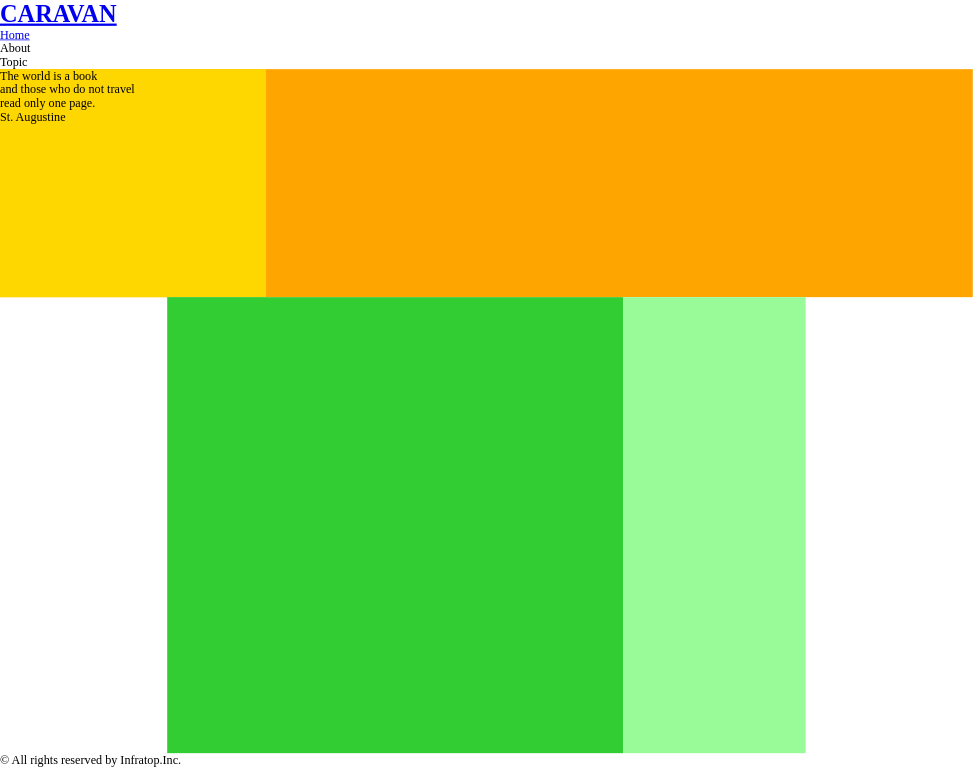
Repository: Hirotaka-DWC/dmm_webcamp_task_1
Page: caravan/index.html
The author's editor kept a record of every edit. The page is drawn from the files as they stood at one moment, then again after the next edit.
The browser window is 1280 px wide. The pictures show the whole page, at 76% of full size.

Above is the page before.

After the next edit:
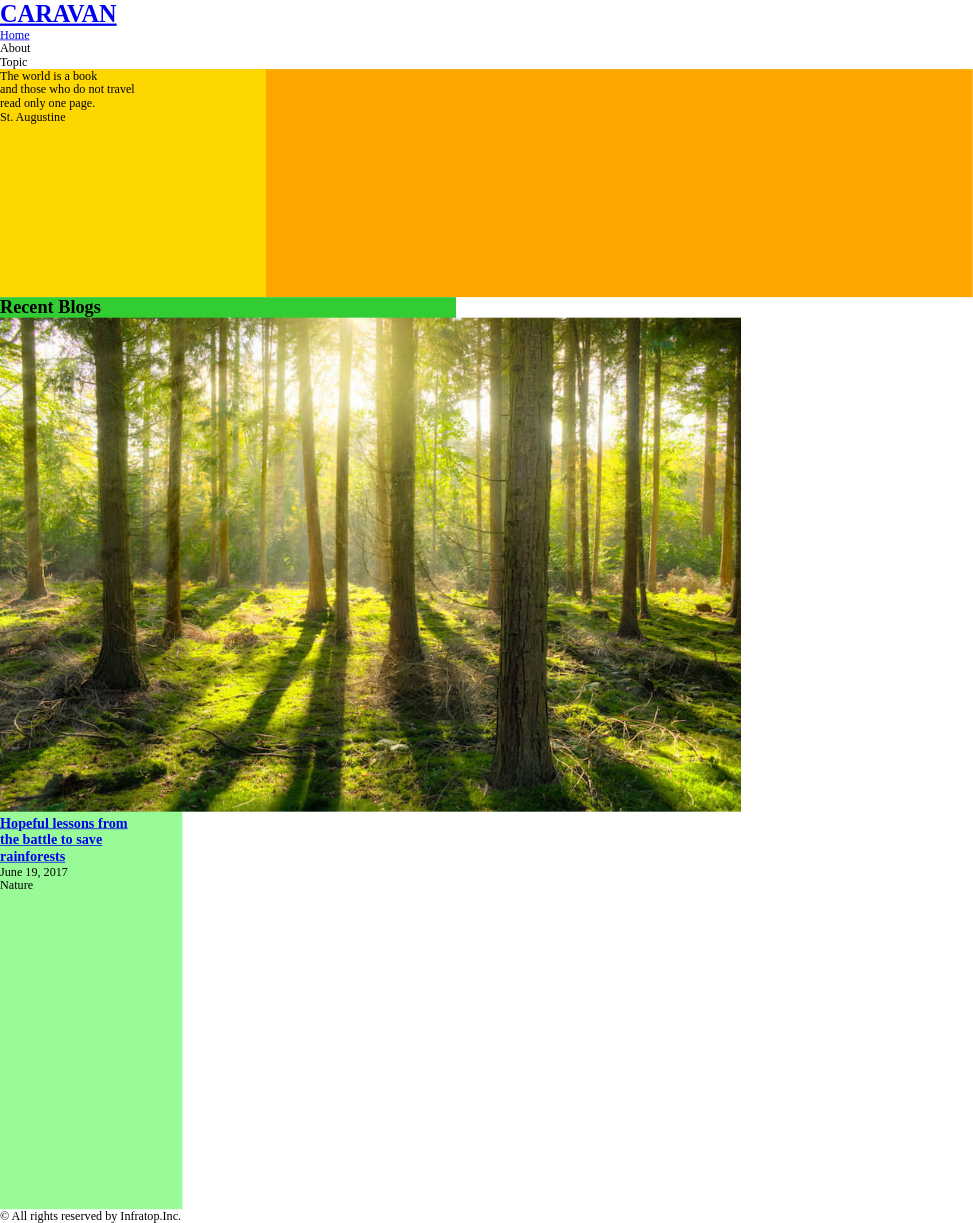
The edit:
--- a/caravan/index.html
+++ b/caravan/index.html
@@ -38,10 +38,26 @@
         </p>
       </div>
     </div>
-    <div class="main">
-       <div class="blog"></div>
+    <main>
+      <section class="blog">
+        <h2 class="blog-heading">Recent Blogs</h2>
+                <div class="blog-item">
+          <img class="blog-image" src="img/forest.jpg">
+          <section class="blog-text">
+            <h3>
+              <a href="single.html">
+                Hopeful lessons from<br>
+                the battle to save<br>
+                rainforests
+              </a>
+            </h3>
+           <p class="blog-date">June 19, 2017</p>
+            <span class="category">Nature</span>
+          </section>
+        </div>
+      </section>
       <div class="sidebar"></div>
-    </div>
+    </main>
     <footer>
       <p class="footer-text">© All rights reserved by Infratop.Inc.</p>
     </footer>
